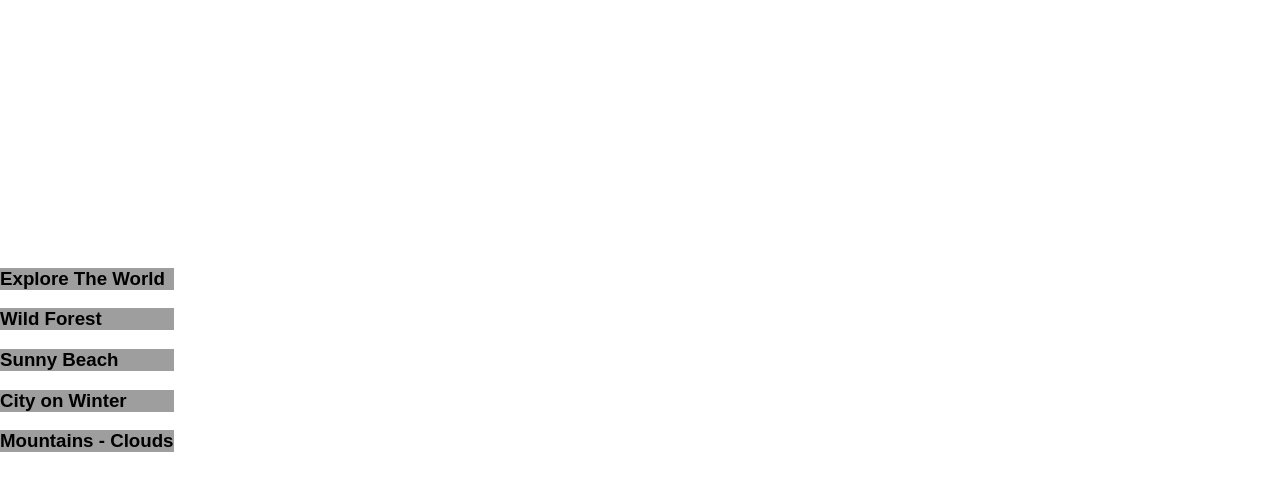
Repository: MMXiaohang/50projects50days-copy
Page: expanding-cards/1-index.html
The author's editor kept a copy of each file at every save. The page is drawn from the files as they stood at one save, then again after the next save.
The browser window is 1280 px wide. The pictures show the whole page.
Pictures or frames that could not be fetched are drawn as grey boxes.

Above is the page before, as saved 2022-06-05 23:38:41.

After the next save:
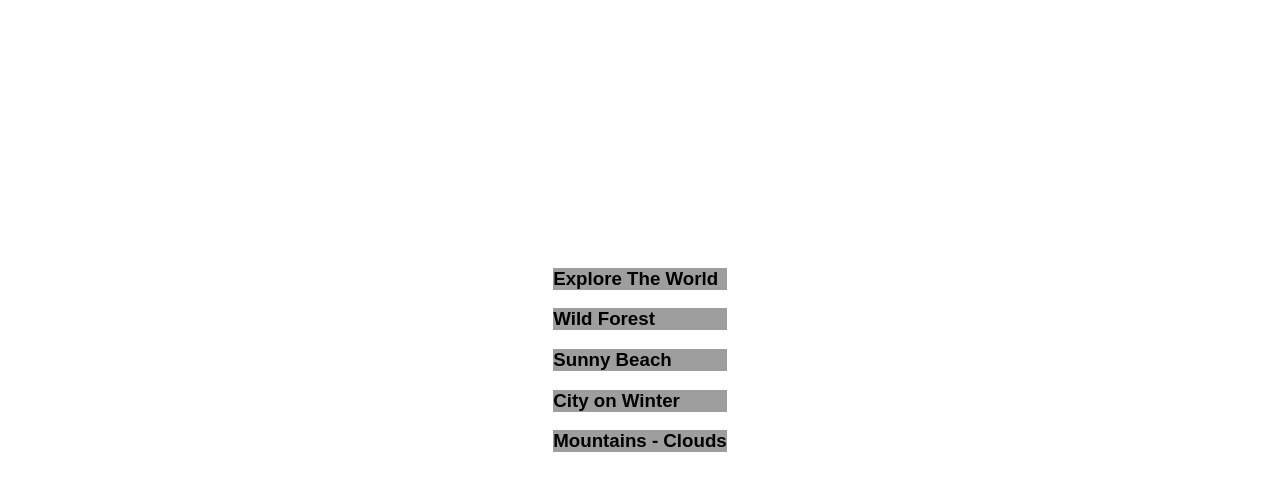
Saved 7 s later.
--- a/expanding-cards/1-style.css
+++ b/expanding-cards/1-style.css
@@ -6,7 +6,7 @@ body{
     font-family: 'Muli', sans-serif;
     display: flex;
     align-items: center;
-    /* justify-content: center; */
+    justify-content: center;
     height: 100vh;
     overflow: hidden;
     margin: 0;
